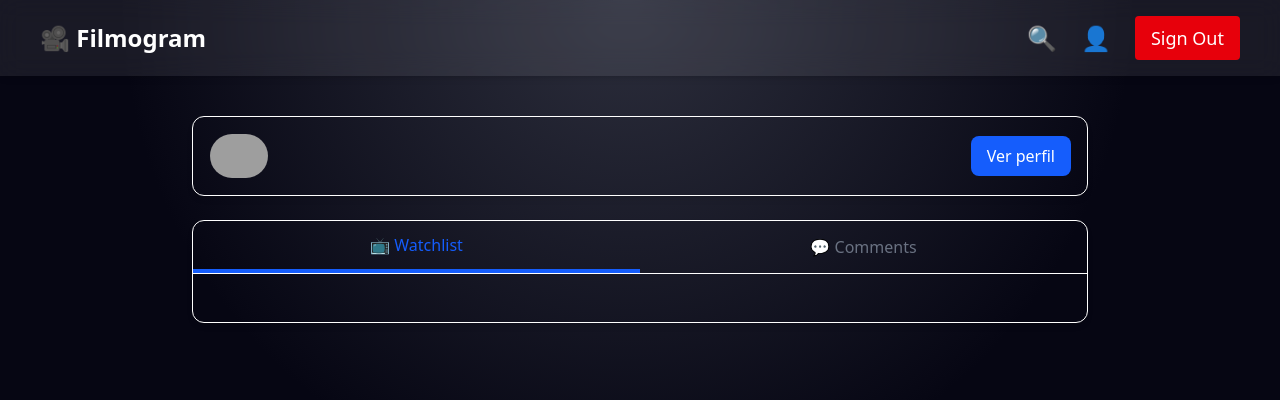
Repository: Leoonard1507/proyecto-final
Page: /client-profile
These files come from the project's save history. The page is drawn as it stood at one moment and after the next save; the edit follows.
The browser window is 1280 px wide. The pictures show the whole page.
Pictures or frames that could not be fetched are drawn as grey boxes. The page's requests for data from a server got no answer. The project was rebuilt for these pictures with package versions that can differ from the ones it lists, and the page was loaded fresh each time. The framework's server and built-in components were replaced by stand-ins that run in the browser. No one was signed in, and anything a server would have sent is missing. Also part of the build but not shown: next.config.ts, src/app/components/profileSections/userWatchlist.tsx, src/app/components/profileSections/userComments.tsx, src/libs/axios.ts, src/app/components/profileSections/searchFavsEdit.tsx, src/app/components/profileSections/addFavoritesModal.tsx, src/app/components/profileSections/FavMoviesList.tsx.

Above is the page before, as saved 2025-05-23 14:32:38.

After the next save:
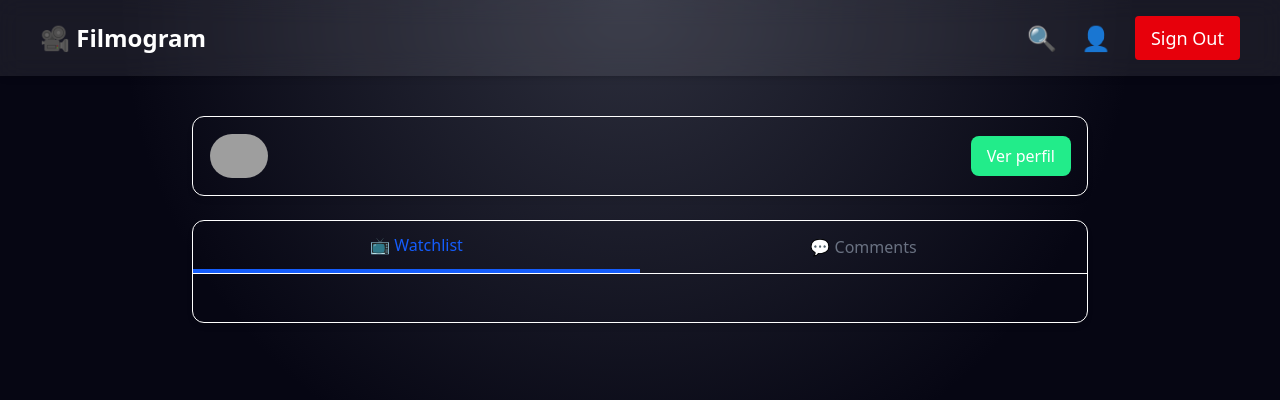
Saved 79 s later.
--- a/src/app/client-profile/page.tsx
+++ b/src/app/client-profile/page.tsx
@@ -120,7 +120,7 @@ export default function ProfilePage() {
           </div>
           <button
             onClick={() => setShowDetails(prev => !prev)}
-            className="bg-blue-600 text-white px-4 py-2 rounded-lg hover:bg-blue-700 transition"
+            className="bg-[#22ec8a] text-white px-4 py-2 rounded-lg hover:bg-blue-700 transition"
           >
             {showDetails ? 'Ocultar perfil' : 'Ver perfil'}
           </button>
